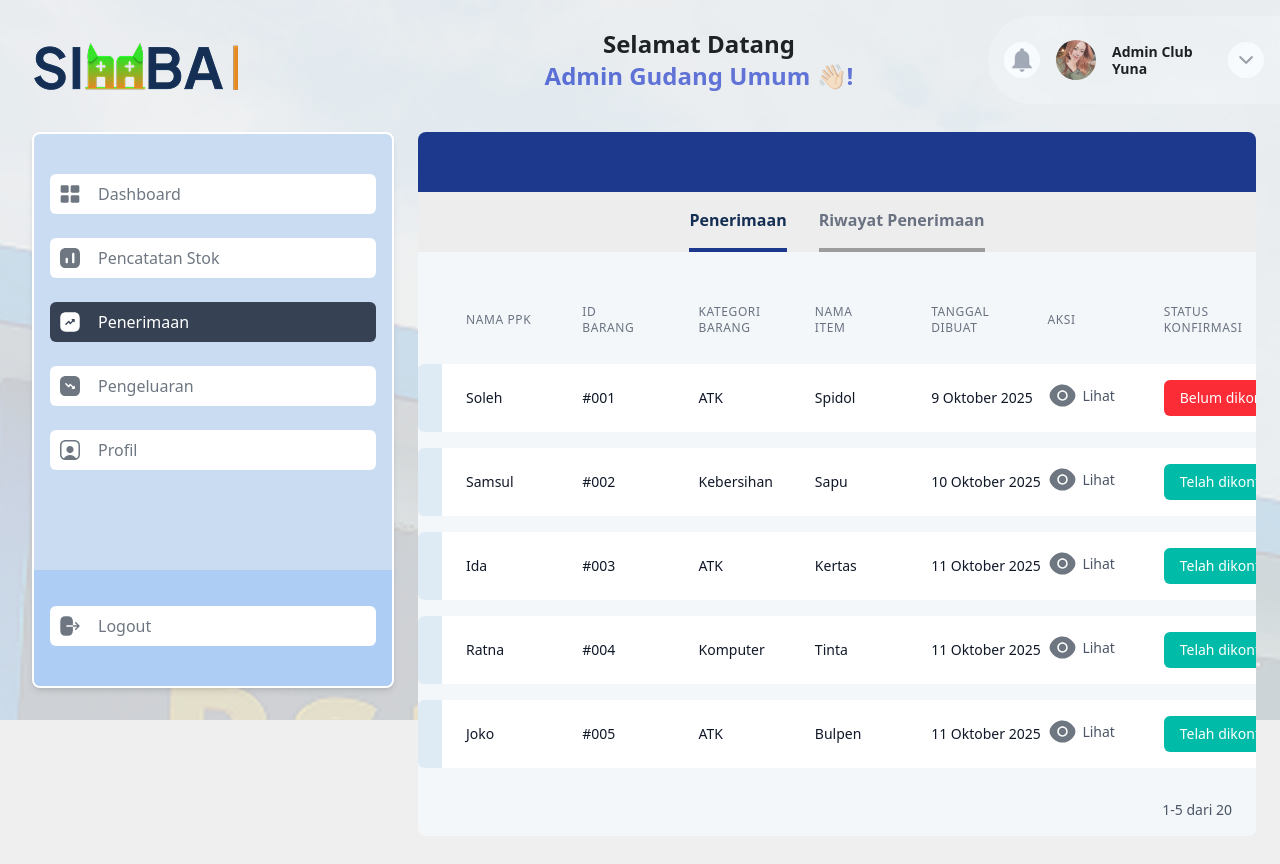
Repository: Gokerwow/inventory-fe
Page: /penerimaan
These files come from the project's save history. The page is drawn as it stood at one moment and after the next save; the edit follows.
The browser window is 1280 px wide. The pictures show the whole page.
The project was rebuilt for these pictures with package versions that can differ from the ones it lists, and the page was loaded fresh each time. Also part of the build but not shown: vite.config.ts, src/components/categoryBarChart.tsx, src/components/lineChart.tsx, src/pages/dashboard.tsx, src/pages/stokBarang.tsx, src/pages/pengeluaran.tsx, src/pages/profil.tsx.

Above is the page before, as saved 2025-10-14 18:58:23.

### index.html
<!doctype html>
<html lang="en">
  <head>
    <meta charset="UTF-8" />
    <link rel="icon" type="image/svg+xml" href="/vite.svg" />
    <meta name="viewport" content="width=device-width, initial-scale=1.0" />
    <title>inventory-fe</title>
  </head>
  <body>
    <div id="root"></div>
    <script type="module" src="/src/main.tsx"></script>
  </body>
</html>

### src/main.tsx
import { StrictMode } from 'react'
import { createRoot } from 'react-dom/client'
import './index.css'
import App from './App.tsx'
import ErrorBoundary from './components/errorBoundary.tsx'
import { BrowserRouter } from 'react-router-dom'

createRoot(document.getElementById('root')!).render(
  <StrictMode>
    <ErrorBoundary>
      <BrowserRouter>
        <App />
      </BrowserRouter>
    </ErrorBoundary>
  </StrictMode>,
)

### src/App.tsx
import './App.css'
import { Routes, Route, Navigate } from 'react-router-dom'
import Layout from './components/layout'
import Dashboard from './pages/dashboard'
import StokBarang from './pages/stokBarang'
import Penerimaan from './pages/penerimaan'
import Pengeluaran from './pages/pengeluaran'
import Profil from './pages/profil'


function App() {
  return (
    <Routes>
      <Route path="/" element={<Layout />}>
        <Route index element={<Navigate to="/dashboard" replace />} />
        <Route path="dashboard" element={<Dashboard />} />
        <Route path="pencatatan-stok" element={<StokBarang />} />
        <Route path="penerimaan" element={<Penerimaan />} />
        <Route path="pengeluaran" element={<Pengeluaran />} />
        <Route path="profil" element={<Profil />} />
      </Route>
    </Routes>
  )
}

export default App

### src/components/errorBoundary.tsx
// components/ErrorBoundary.tsx
import { ErrorBoundary as ReactErrorBoundary } from 'react-error-boundary';
import { type ReactNode } from 'react';

function ErrorFallback({ error, resetErrorBoundary }: any) {
    return (
        <div className="min-h-screen flex items-center justify-center bg-gray-100">
            <div className="bg-white p-8 rounded-lg shadow-lg max-w-md w-full">
                <h2 className="text-2xl font-bold text-red-600 mb-4">
                    Oops! Terjadi Error
                </h2>
                <div className="bg-red-50 border border-red-200 rounded p-4 mb-4">
                    <p className="text-red-800 font-semibold">Error:</p>
                    <p className="text-red-600 text-sm mt-2">{error.message}</p>
                </div>
                <details className="mb-4">
                    <summary className="cursor-pointer text-gray-600 hover:text-gray-800">
                        Stack Trace
                    </summary>
                    <pre className="mt-2 text-xs bg-gray-50 p-2 rounded overflow-auto max-h-40">
                        {error.stack}
                    </pre>
                </details>
                <button
                    onClick={resetErrorBoundary}
                    className="w-full bg-blue-600 text-white py-2 px-4 rounded hover:bg-blue-700 transition"
                >
                    Coba Lagi
                </button>
            </div>
        </div>
    );
}

interface ErrorBoundaryProps {
    children: ReactNode;
}

export default function ErrorBoundary({ children }: ErrorBoundaryProps) {
    return (
        <ReactErrorBoundary
            FallbackComponent={ErrorFallback}
            onError={(error, errorInfo) => {
                // Log error ke console atau service logging (Sentry, LogRocket, dll)
                console.error('Error caught by boundary:', error, errorInfo);
            }}
            onReset={() => {
                // Reset state aplikasi jika perlu
                window.location.href = '/';
            }}
        >
            {children}
        </ReactErrorBoundary>
    );
}

### src/App.css
@import "tailwindcss";

body {
  background-color: #EFEFEF;
}

### src/components/layout.tsx
// components/Layout.tsx
import { Outlet } from 'react-router-dom';
import SideBar from '../components/sidebar'
import TopBar from '../components/topBar'
import Background from '../assets/background.png';
import SimbaLogo from '../assets/Light Logo new 1.png';

function Layout() {
    return (
        <div className="flex flex-col h-screen">
            <div
                className="absolute inset-0 bg-no-repeat bg-cover bg-top"
                style={{ backgroundImage: `url(${Background})` }}
            />

            <div className='flex'>
                {/* Sidebar  */}
                <div className='p-4 h-screen fixed top-0 left-0 flex flex-col w-[394px] z-10'>
                    <div className='p-4'>
                        <img src={SimbaLogo} alt="Simba Logo" />
                    </div>
                    <SideBar />
                </div>

                {/* Content Area */}
                <div className="flex flex-col flex-1 ml-[394px]">
                    <TopBar />
                    <div className="flex-1 overflow-auto mb-4  p-3 px-6">
                        <Outlet/>
                    </div>
                </div>
            </div>
        </div>
    );
}

export default Layout;

### src/pages/penerimaan.tsx
import { useState } from 'react';
import EyeIcon from '../assets/eye.svg?react';

export default function Penerimaan() {
    const [activeTab, setActiveTab] = useState('penerimaan');

    const [data] = useState([
        {
            id: 1,
            namaPPK: 'Soleh',
            idBarang: '#001',
            kategori: 'ATK',
            namaItem: 'Spidol',
            tanggal: '9 Oktober 2025',
            status: 'Belum dikonfirmasi'
        },
        {
            id: 2,
            namaPPK: 'Samsul',
            idBarang: '#002',
            kategori: 'Kebersihan',
            namaItem: 'Sapu',
            tanggal: '10 Oktober 2025',
            status: 'Telah dikonfirmasi'
        },
        {
            id: 3,
            namaPPK: 'Ida',
            idBarang: '#003',
            kategori: 'ATK',
            namaItem: 'Kertas',
            tanggal: '11 Oktober 2025',
            status: 'Telah dikonfirmasi'
        },
        {
            id: 4,
            namaPPK: 'Ratna',
            idBarang: '#004',
            kategori: 'Komputer',
            namaItem: 'Tinta',
            tanggal: '11 Oktober 2025',
            status: 'Telah dikonfirmasi'
        },
        {
            id: 5,
            namaPPK: 'Joko',
            idBarang: '#005',
            kategori: 'ATK',
            namaItem: 'Bulpen',
            tanggal: '11 Oktober 2025',
            status: 'Telah dikonfirmasi'
        }
    ]);

    return (
        <div className="bg-[#F3F7FA]  relative z-10 rounded-lg overflow-hidden">
            {/* Header */}
            <div className="bg-blue-900 text-white px-6 py-4 h-[60px]">

            </div>

            {/* Tabs */}
            <div className="bg-[#EDEDED]">
                <div className="px-6">
                    <div className="flex gap-8 justify-center items-center">
                        <button
                            onClick={() => setActiveTab('penerimaan')}
                            className={`py-4 font-bold border-b-4 transition-colors ${activeTab === 'penerimaan'
                                ? 'border-blue-900 text-[#152F54]'
                                : 'border-[#9C9C9C] text-gray-500 hover:text-gray-700'
                                }`}
                        >
                            Penerimaan
                        </button>
                        <button
                            onClick={() => setActiveTab('riwayat')}
                            className={`py-4 font-bold border-b-4 transition-colors ${activeTab === 'riwayat'
                                ? 'border-blue-900 text-[#152F54]'
                                : 'border-[#9C9C9C] text-gray-500 hover:text-gray-700'
                                }`}
                        >
                            Riwayat Penerimaan
                        </button>
                    </div>
                </div>
            </div>

            {/* Table */}
            <div className="pt-6 bg-[#F3F7FA]">
                <div className="w-full overflow-hidden">
                    <table className="w-full mx-auto table-fixed border-separate border-spacing-y-4 bor">
                        <thead className="">
                            <tr>
                                <th className="w-[24px]"></th>
                                <th className="px-6 py-3 text-left text-xs font-medium text-gray-500 uppercase tracking-wider">
                                    Nama PPK
                                </th>
                                <th className="px-6 py-3 text-left text-xs font-medium text-gray-500 uppercase tracking-wider">
                                    ID Barang
                                </th>
                                <th className="px-6 py-3 text-left text-xs font-medium text-gray-500 uppercase tracking-wider">
                                    Kategori Barang
                                </th>
                                <th className="px-6 py-3 text-left text-xs font-medium text-gray-500 uppercase tracking-wider">
                                    Nama Item
                                </th>
                                <th className="px-6 py-3 text-left text-xs font-medium text-gray-500 uppercase tracking-wider">
                                    Tanggal dibuat
                                </th>
                                <th className="px-6 py-3 text-left text-xs font-medium text-gray-500 uppercase tracking-wider">
                                    Aksi
                                </th>
                                <th className="px-6 py-3 text-left text-xs font-medium text-gray-500 uppercase tracking-wider">
                                    Status konfirmasi
                                </th>
                            </tr>
                        </thead>
                        <tbody className="">
                            {data.map((item) => (
                                <tr key={item.id} className="hover:bg-blue-100 bg-[#FFFFFF]">
                                    <td className='w-full h-full bg-[#deebf5] rounded-l-md'>
                                    </td>
                                    <td className="px-6 py-4 whitespace-nowrap text-sm text-gray-900">
                                        {item.namaPPK}
                                    </td>
                                    <td className="px-6 py-4 whitespace-nowrap text-sm text-gray-900">
                                        {item.idBarang}
                                    </td>
                                    <td className="px-6 py-4 whitespace-nowrap text-sm text-gray-900">
                                        {item.kategori}
                                    </td>
                                    <td className="px-6 py-4 whitespace-nowrap text-sm text-gray-900">
                                        {item.namaItem}
                                    </td>
                                    <td className="px-6 py-4 whitespace-nowrap text-sm text-gray-900">
                                        {item.tanggal}
                                    </td>
                                    <td className="px-6 py-4 whitespace-nowrap text-sm">
                                        <button className="inline-flex items-center gap-1 text-gray-600 hover:text-gray-900">
                                            <EyeIcon />
                                            <span>Lihat</span>
                                        </button>
                                    </td>
                                    <td className="px-6 py-4 whitespace-nowrap text-sm">
                                        {item.status === 'Belum dikonfirmasi' ? (
                                            <button className="px-4 py-2 bg-red-500 text-white rounded-md hover:bg-red-600 transition-colors">
                                                Belum dikonfirmasi
                                            </button>
                                        ) : (
                                            <button className="px-4 py-2 bg-teal-500 text-white rounded-md hover:bg-teal-600 transition-colors">
                                                Telah dikonfirmasi
                                            </button>
                                        )}
                                    </td>
                                </tr>
                            ))}
                        </tbody>
                    </table>

                    {/* Pagination */}
                    <div className="px-6 py-4 flex justify-end text-sm text-gray-600">
                        1-5 dari 20
                    </div>
                </div>
            </div>
        </div>
    );
};

### src/components/sidebar.tsx
import DashboardIcon from '../assets/DashboardIcon.svg?react';
import ChartIcon from '../assets/Chart.svg?react';
import PenerimaanIcon from '../assets/Penerimaan.svg?react';
import PengeluaranIcon from '../assets/Pengeluaran.svg?react';
import ProfilIcon from '../assets/profil.svg?react';
import LogoutIcon from '../assets/LogoutIcon.svg?react';
import { NavLink } from 'react-router-dom';

export default function SideBar() {
    const menuItems = [
        { path: '/dashboard', icon: DashboardIcon, label: 'Dashboard' },
        { path: '/pencatatan-stok', icon: ChartIcon, label: 'Pencatatan Stok' },
        { path: '/penerimaan', icon: PenerimaanIcon, label: 'Penerimaan' },
        { path: '/pengeluaran', icon: PengeluaranIcon, label: 'Pengeluaran' },
        { path: '/profil', icon: ProfilIcon, label: 'Profil' },
    ];

    return (
        <div className='w-[394px] p-4 flex-1'>
            <div className="bg-[#CADCF2] text-white flex flex-col justify-between h-full rounded-lg overflow-hidden shadow-md border-2 border-white">
                <ul className='flex flex-col gap-6 px-4 py-10'>
                    {menuItems.map((item) => (
                        <li key={item.path}>
                            <NavLink
                                to={item.path}
                                className={({ isActive }) =>
                                    `flex items-center gap-4 p-2 rounded-md cursor-pointer transition-all duration-300 ${isActive
                                        ? 'bg-gray-700 text-white'
                                        : 'bg-white text-[#6E7781] hover:bg-gray-700 hover:text-white group'
                                    }`
                                }
                            >
                                {({ isActive }) => (
                                    <>
                                        <item.icon
                                            className={`w-6 h-6 fill-current transition-colors ${isActive
                                                ? 'text-white'
                                                : 'text-[#6E7781] group-hover:text-white'
                                                }`}
                                        />
                                        <span>{item.label}</span>
                                    </>
                                )}
                            </NavLink>
                        </li>
                    ))}

                </ul>
                <div className='w-full h-[21%] flex justify-center items-end bg-[#ADCDF4] px-4 py-10'>
                    {/* Logout - Pisah karena bukan navigasi biasa */}
                    <button
                        onClick={() => {
                            // Handle logout logic di sini
                            console.log('Logout clicked');
                        }}
                        className='flex items-center gap-4 p-2 bg-white hover:bg-red-600 group rounded-md cursor-pointer transition-all duration-300 w-full text-left'
                    >
                        <LogoutIcon className="w-6 h-6 fill-current text-[#6E7781] group-hover:text-white" />
                        <span className='text-[#6E7781] group-hover:text-white'>Logout</span>
                    </button>

                </div>
            </div>
        </div>
    );
}

### src/components/topBar.tsx
import NotifIcon from '../assets/Notification.png';
import ChevronDown from '../assets/ChevronDown.png';
import PfpExample from '../assets/Pfp Example.jpeg';

export default function TopBar() {
    return (
        <div className="w-full flex items-center justify-between gap-6 py-4 pl-4">
            <div></div>
            <div className='text-2xl font-bold'>
                <p className='text-center'>Selamat Datang</p>
                <p className='text-center text-[#4D5ED1]'>Admin Gudang Umum 👋🏻!</p>
            </div>
            <div>
                <div className='flex items-center justify-center gap-4 bg-white/30 rounded-l-full px-4 py-6'>
                    <div className='bg-white rounded-full w-9 h-9 flex items-center justify-center'>
                        <img src={NotifIcon} alt="Notification Icon" className='h-6' />
                    </div>
                    <div className='flex items-center gap-4'>
                        <div className='bg-white rounded-full w-10 h-10 flex items-center justify-center overflow-hidden'>
                            <img src={PfpExample} alt="Profile Picture" className='w-full' />
                        </div>
                        <span className='max-w-[100px] break-words leading-tight font-semibold text-sm'>Admin Club Yuna</span>
                    </div>
                    <div className='bg-white rounded-full w-9 h-9 flex items-center justify-center'>
                        <img src={ChevronDown} alt="Notification Icon" className='h-2' />
                    </div>
                </div>
            </div>
        </div>
    )
}

Loaded but not shown: src/index.css (common file)

After the next save:
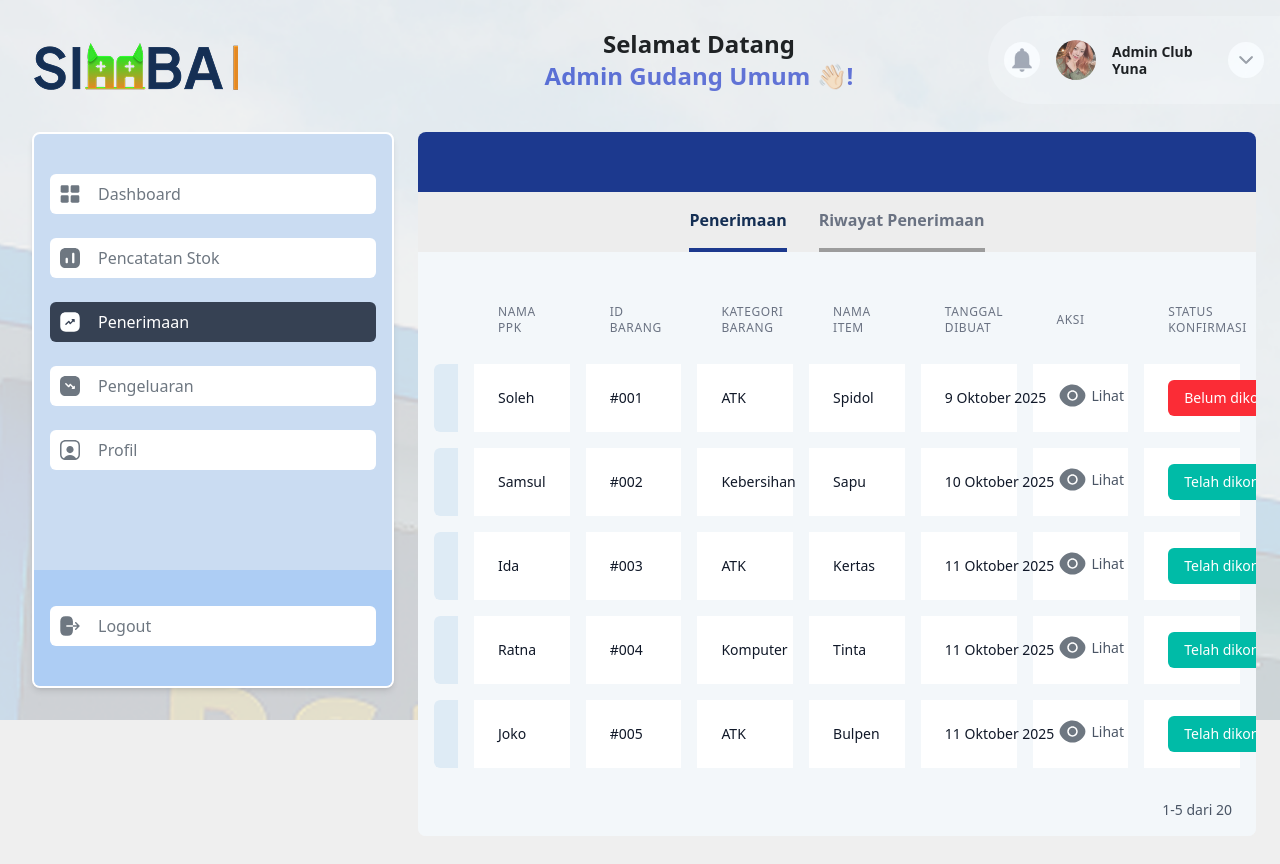
Saved 9 s later.
--- a/src/pages/penerimaan.tsx
+++ b/src/pages/penerimaan.tsx
@@ -88,7 +88,7 @@ export default function Penerimaan() {
             {/* Table */}
             <div className="pt-6 bg-[#F3F7FA]">
                 <div className="w-full overflow-hidden">
-                    <table className="w-full mx-auto table-fixed border-separate border-spacing-y-4 bor">
+                    <table className="w-full mx-auto table-fixed border-separate border-spacing-y-4 border-spacing-x-4">
                         <thead className="">
                             <tr>
                                 <th className="w-[24px]"></th>
